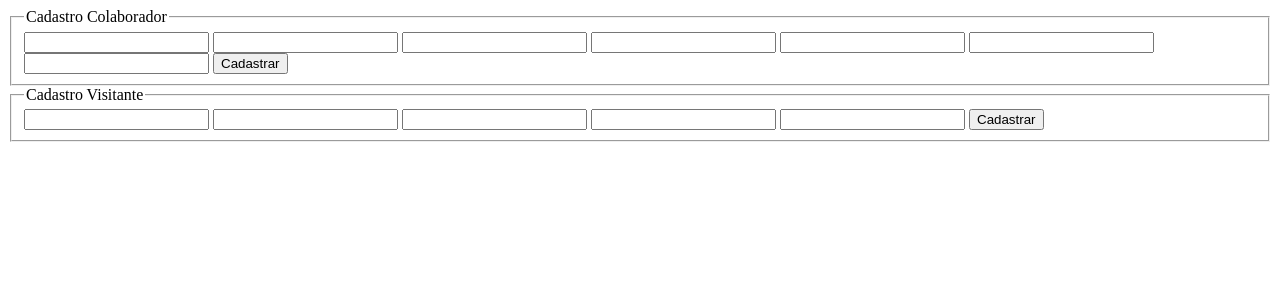
Repository: tdex/cmproject
Page: http://localhost/cmproject/
These files come from the project's save history. The page is drawn as it stood at one moment and after the next save; the edit follows.
The browser window is 1280 px wide. The pictures show the whole page.
The page is served by Tomcat 9. Other server files are loaded and not shown.

Above is the page before, as saved 2015-06-16 15:16:12.

### codigo/cmproject/cmproject/WebContent/index.jsp
<%@ page language="java" contentType="text/html; charset=UTF-8"
	pageEncoding="UTF-8"%>
<!DOCTYPE html>
<html>
<head>
<meta charset=UTF-8>
<title>Insert title here</title>
</head>
<body>
	<form action="validaColaborador.jsp" method="get">
		<fieldset>
			<legend>Cadastro Colaborador</legend>
			<input type="text" name="nome">
			<input type="text" name="telefone">
			<input type="text" name="cpf">
			<input type="text" name="email" required>
			<input type="text" name="senha" required>
			<input type="text" name="endereco">
			<input type="text" name="tipoAcesso" required>
			<input type="submit" value="Cadastrar">
		</fieldset>
	</form>

	<form action="validaVisitante.jsp" method="get">
		<fieldset>
			<legend>Cadastro Visitante</legend>
			<input type="text" name="nome">
			<input type="text" name="telefone">
			<input type="text" name="email">
			<input type="text" name="senha">
			<input type="text" name="endereco">
			<input type="submit" value="Cadastrar">
		</fieldset>
	</form>

</body>
</html>

After the next save:
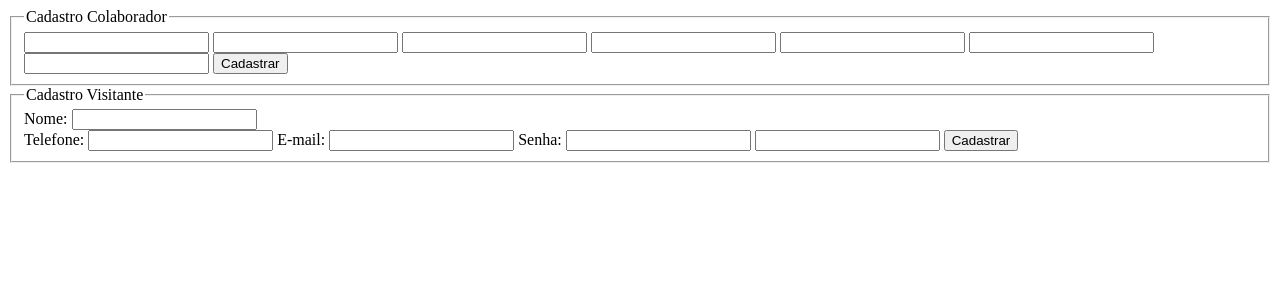
Saved 5 min 9 s later.
--- a/codigo/cmproject/cmproject/WebContent/index.jsp
+++ b/codigo/cmproject/cmproject/WebContent/index.jsp
@@ -24,10 +24,10 @@
 	<form action="validaVisitante.jsp" method="get">
 		<fieldset>
 			<legend>Cadastro Visitante</legend>
-			<input type="text" name="nome">
-			<input type="text" name="telefone">
-			<input type="text" name="email">
-			<input type="text" name="senha">
+			<label>Nome: <input type="text" name="nome"></label><br>
+			<label>Telefone: <input type="text" name="telefone"></label>
+			<label>E-mail: <input type="mail" name="email"></label>
+			<label>Senha: <input type="password" name="senha">
 			<input type="text" name="endereco">
 			<input type="submit" value="Cadastrar">
 		</fieldset>
